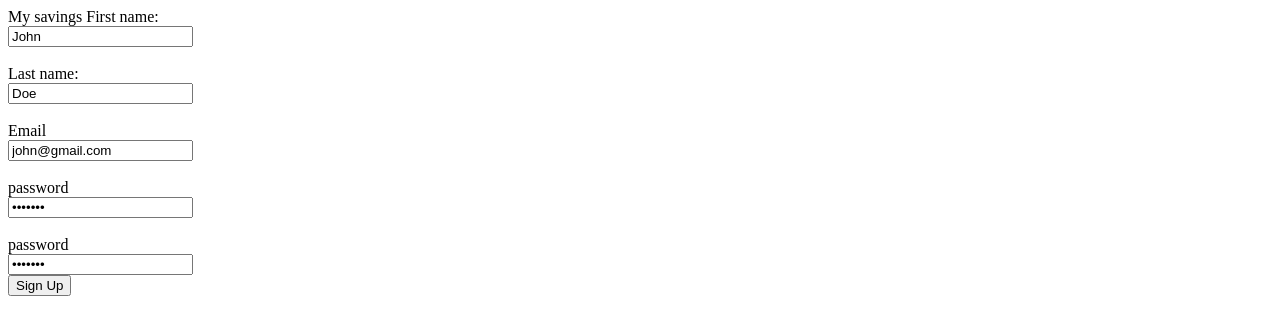
Repository: reemoon-ctrl/hotel-website
Page: mine-form_styling_start.html
An editor plug-in stored every save of this project. The page is shown before and after the next save, followed by the edit.
The browser window is 1280 px wide. The pictures show the whole page.

Above is the page before, as saved 2024-07-20 13:36:29.

### mine-form_styling_start.html
<!DOCTYPE html>
<html lang="en">
<head>
    <meta charset="UTF-8">
    <meta name="viewport" content="width=device-width, initial-scale=1.0">
    <title>Document</title>
<style>
    .form{
        background: ;
    }
</style>
</head>

<body>
    <form class="form" action="/action_page.php">
        <caption style="text-align:right">My savings</caption>
        <label for="fname">First name:</label><br>
        <input type="text" id="fname" name="fname" value="John"><br><br>
        <label for="lname">Last name:</label><br>
        <input type="text" id="lname" name="lname" value="Doe"><br><br>
        <label for="Email ">Email</label><br>
        <input type="text" id="email" name="Email" value="john@gmail.com"><br><br>
        <label for="password">password</label><br>
        <input type="password" id="password" name="password" value="fffffff"><br><br>
        <label for="password">password</label><br>
        <input type="password" id="confirm password" name="confirm password" value="fffffff"><br>


        <input type="submit" value="Sign Up">
      </form>

</body>
</html>

After the next save:
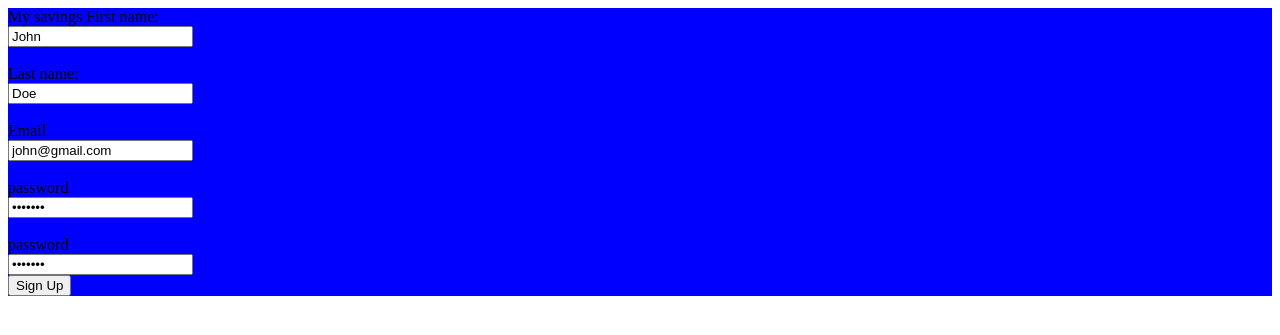
Saved 8 s later.
--- a/mine-form_styling_start.html
+++ b/mine-form_styling_start.html
@@ -6,7 +6,7 @@
     <title>Document</title>
 <style>
     .form{
-        background: ;
+        background: blue;
     }
 </style>
 </head>
